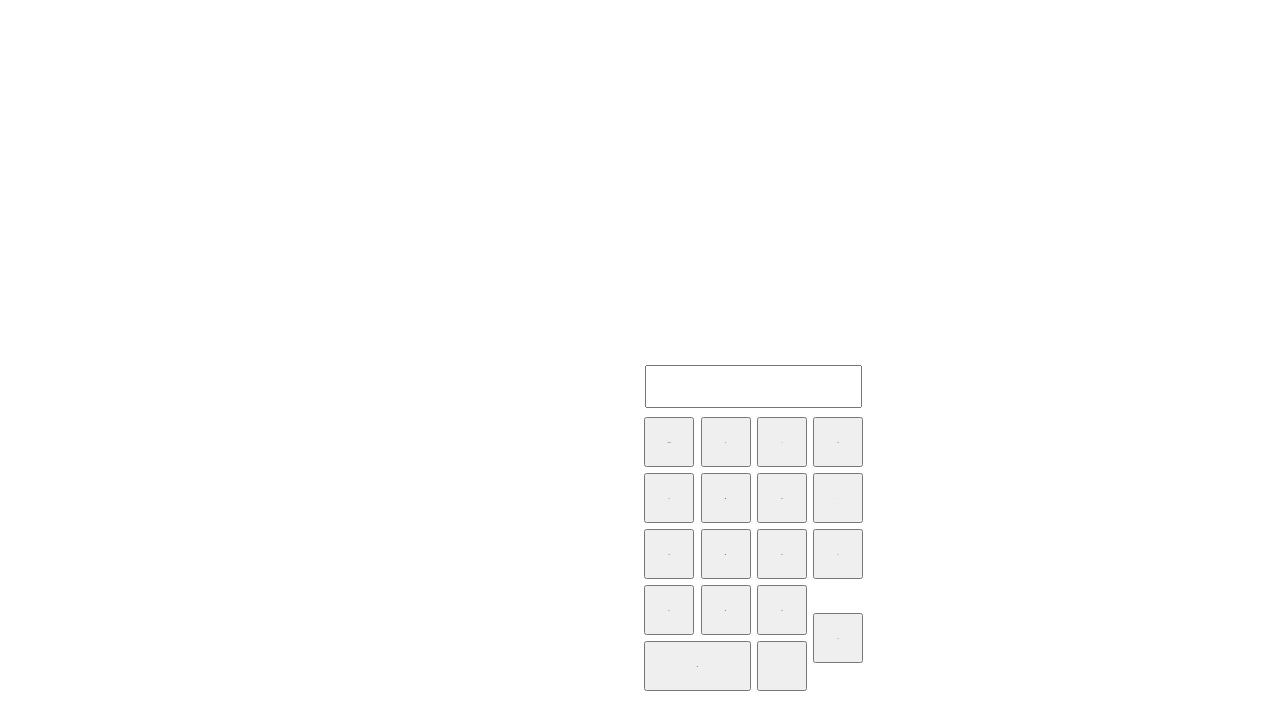
Repository: lacey-crenshaw/calculator
Page: index.html
These files come from the project's save history. The page is drawn as it stood at one moment and after the next save; the edit follows.
The browser window is 1280 px wide. The pictures show the whole page.

Above is the page before, as saved 2020-02-14 09:50:03.

### index.html
<html>
    <head>
        <link rel="stylesheet" href="style.css">
        <script>
            function insert(num){
                document.form.textview.value = document.form.textview.value+num
            }

            function equal(){
                let exp = document.form.textview.value;
                if(exp){
                document.form.textview.value = eval(exp)
                }
            }

            function ac(){
                document.form.textview.value = "";
            }

            function back(){
                let exp = document.form.textview.value;
                document.form.textview.value = exp.substring(0, exp.length -1);
            }
        </script>
    </head>
    <body>
        <div class="main">
            <form name="form">
                <input class="textview" name="textview">
            </form>
            <table>
                <tr>
                    <td><input class="button" type="button" value="AC" onclick="ac()"> </td>
                    <td><input class="button" type="button" value="<" onclick="back()"> </td>
                    <td><input class="button" type="button" value="/" onclick="insert('/')"> </td>
                    <td><input class="button" type="button" value="x" onclick="insert('*')"> </td>
                </tr>
                <tr>
                    <td><input class="button" type="button" value="7" onclick="insert(7)"></td>
                    <td><input class="button" type="button" value="8" onclick="insert(8)"> </td>
                    <td><input class="button" type="button" value="9" onclick="insert(9)"> </td>
                    <td><input class="button" type="button" value="-" onclick="insert('-')"> </td>
                </tr>
                <tr>
                    <td><input class="button" type="button" value="4" onclick="insert(4)"> </td>
                    <td><input class="button" type="button" value="5" onclick="insert(5)"> </td>
                    <td><input class="button" type="button" value="6" onclick="insert(6)"> </td>
                    <td><input class="button" type="button" value="+" onclick="insert('+')"> </td>
                </tr>
                <tr>
                    <td><input class="button" type="button" value="1" onclick="insert(1)"> </td>
                    <td><input class="button" type="button" value="2" onclick="insert(2)"> </td>
                    <td><input class="button" type="button" value="3" onclick="insert(3)"> </td>
                    <td rowspan="2"><input class="button equal" type="button" value="=" onclick="equal()"> </td>
                </tr>
                <tr>
                    <td colspan="2"><input class="button" type="button" style="width: 107" value="0" onclick="insert(0)"> </td>
                    <td><input class="button" type="button" value="." onclick="insert('.')"> </td>
                </tr>
            </table>
        </div>
    </body>
</html>

### style.css
*{
    margin:0;
    padding:0;
}

.button {
    width: 50;
    height: 50;
    font-size: 2.5;
    margin: 2;
    cursor: pointer;
}

.textview {
    width: 217;
    margin: 5;
    font-size: 25;
    padding: 5;
}

.main {
    position: absolute;
    top: 50%;
    left: 50%;
}

.equal {
}

After the next save:
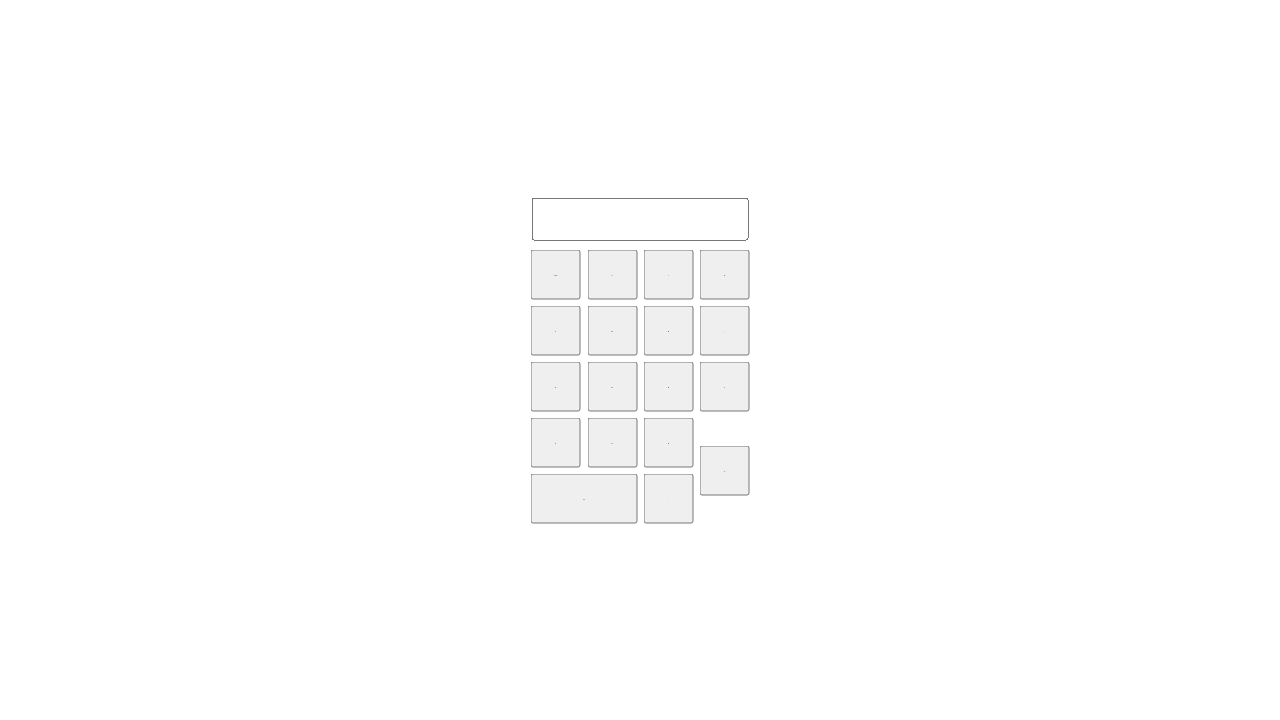
Saved 35 s later.
--- a/style.css
+++ b/style.css
@@ -22,6 +22,7 @@
     position: absolute;
     top: 50%;
     left: 50%;
+    transform: translateX(-50%) translateY(-50%);
 }
 
 .equal {
